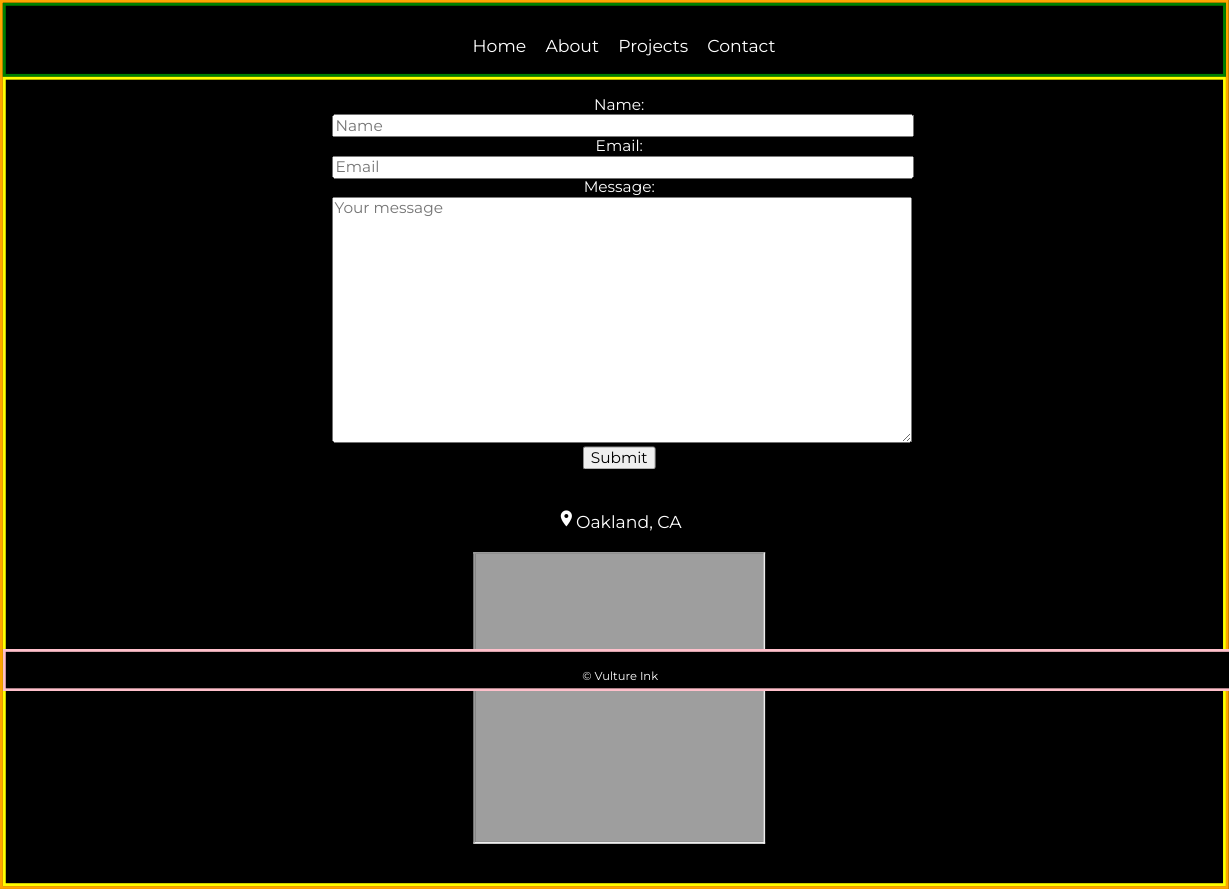
Repository: kaitlynMidori/anon_ink
Page: pages/Contact.html
An editor plug-in stored every save of this project. The page is shown before and after the next save, followed by the edit.
The browser window is 1280 px wide. The pictures show the whole page, at 96% of full size.
Pictures or frames that could not be fetched are drawn as grey boxes. Some web libraries are served in a nearby version.

Above is the page before, as saved 2021-09-07 17:43:48.

### pages/Contact.html
<!DOCTYPE html>
<html lang= "en">
    <head>
        <meta charset="utf-8">
        <meta name="viewport" content="width=device-width, initial-scale=1.0">
        <title>Contact</title>
        <link href="https://cdnjs.cloudflare.com/ajax/libs/normalize/8.0.1/normalize.min.css" rel="stylesheet" type="text/css" />
        <link href="https://fonts.googleapis.com/css2?family=Montserrat&display=swap" rel="stylesheet">
        <link href="../style.css" rel="stylesheet" type="text/css" />
      </head>

<body>

    <header>
        <!-- <div class="logo">ANONYMOUS INK</div> -->
        <nav>
          <ul id="menu">
            <li><a href="/index.html">Home</a></li>
            <li><a href="/Pages/About.html">About</a></li>
            <li><a href="/Pages/Projects.html">Projects</a></li>
            <!-- <li><a href="/Pages/Resume.html">Resume</a></li> -->
            <li><a href="/Pages/Contact.html">Contact</a></li>
          </ul>
        </nav>
      </header>
<main>

<!-- Contact -->

    <section>

      <!-- <h2>Get in Touch</h2> -->
      <div class="contact-container">

        <div class="contact-form">
            <form action="https://formspree.io/f/xrgoqyge" method="post">
              <label class="user-name" data-shrink="false">Name:</label>
              <input id="user-name" type="text" name="name" placeholder="Name">

              <label for="user-email">Email:</label>
              <input id="user-email" type="text" name="email" placeholder="Email">

              <label for="user-message">Message:</label> <textarea id="user-message" name="message" placeholder="Your message"></textarea>
              <button type="submit">Submit</button>
            </form>
          </div>
          <div class="location">
            <p><i class="material-icons" style="font-size:20px">location_on</i>Oakland, CA</p>
            <p><iframe src="https://www.google.com/maps/embed?pb=!1m18!1m12!1m3!1d201877.73430325926!2d-122.37538914908166!3d37.758634650214724!2m3!1f0!2f0!3f0!3m2!1i1024!2i768!4f13.1!3m3!1m2!1s0x80857d8b28aaed03%3A0x71b415d535759367!2sOakland%2C%20CA!5e0!3m2!1sen!2sus!4v1602104516145!5m2!1sen!2sus" width="300" height="300" allowfullscreen="" ></iframe></p>
          </div>
      </div>

    </section>
  </main>

  <footer>
    <p>© Vulture Ink</p>
  </footer>
  <script
      src="https://code.jquery.com/jquery-3.2.1.min.js"
      integrity="sha256-hwg4gsxgFZhOsEEamdOYGBf13FyQuiTwlAQgxVSNgt4="
      crossorigin="anonymous"></script>
<link rel="stylesheet" href="https://cdnjs.cloudflare.com/ajax/libs/font-awesome/4.7.0/css/font-awesome.min.css">
<link href="https://fonts.googleapis.com/icon?family=Material+Icons" rel="stylesheet">

  </body>
</html>

### style.css

/***************** General ******************/
body {
    border: solid orange;
    height: 100%;
    background-color: black;
    color: white;
    margin: none;
    font-family: 'Montserrat', sans-serif;
    padding-top: 0;
  }

  /************** navigation ***************/
  header nav {
    display: flex;
    flex-direction: row;
    justify-content: center;
    margin-top: 14px;
  }

  header nav ul {
    display: flex;
    flex-direction: row;
    padding-bottom: 0;
  }

  header nav ul li {
    list-style-type: none;
  }

  header ul li a {
    color: white;
    text-decoration: none;
    padding: 0 20px 0 0;
    font-family: 'Montserrat', sans-serif;
  }

  /************* Primary Groups ****************/
  header {
    font-size: 18px;
    background-color: black;
    margin: 0;
    border: solid green;
  }

  main {
    margin: auto;
    justify-content: center;
    justify-items: center;
    text-align: center;
    border: solid yellow;
    padding-top: 10px;
    padding-bottom: 10px;
  }

  footer {
    position: fixed;
    background-color: black;
    bottom: 0;
    width: 100%;
    border: solid pink;
  }

  /****************** Typography ******************/
  h1 {
    font-size: 28px;
    font-family: 'Montserrat', sans-serif;
    color: white;
    font-weight: 400;
  }

  h2 {
    font-size: 26px;
    color: rgb(17, 17, 17);
    font-family: 'Montserrat', sans-serif;
    text-align: center;
    font-weight: 400;
    margin: 0 10px;
  }

  h3 {
    font-size: 15px;
    font-family: 'Montserrat', sans-serif;
    font-weight: 430;
  }

  p {
    font-family: 'Montserrat', sans-serif;
    font-size: 18px;
    line-height: 1.3em;
    margin-bottom: 0;
  }

  main a {
    font-weight: 700;
    text-decoration: none;
  }

  main a:visited{
    color: blue;
  }
  /* main main a:hover{color: greenyellow;} */
  /* a:active{color:  rgb(143, 156, 33);} */

  footer p {
    font-size: 12px;
    color: white;
    text-align: center;
    padding: 5px;
  }

  footer h2 {
    color: black;
  }
/*
  img.image-enhanced {
    max-width: 350px;
    border-radius: 8px;
  }

  .item-double {
    color: rgb(17, 17, 17);
    flex: 2;
  }
   */
  /* Desktop groups/items */
  /* @media all and (min-width: 600px){
    section {
      padding: 0%;
    }
    .group {
      display: flex;
      flex-direction: row;
      flex-wrap: wrap;
    }
  } */

  /* ***********  home ************** */

  .home-video {
    position: fixed;
    right: 0px;
    bottom: 0px;
    min-width: 100%;
    min-height: 100%;
    width: auto;
    height: auto;
    z-index: -1;
  }

  /* ************ about *************** */

  .about-container {
    overflow: scroll;
    align-items: center;
    justify-content: center;
    flex-direction: column-reverse;
    margin: auto;
    padding: 15px;
    display: flex;
    text-align: center;
    flex-wrap: wrap;
  }

  .about-item {
    text-align: left;
    display: flex;
    flex-wrap: wrap;
    margin: auto;
  }

  /**************** projects ****************/
  .card-container {
    max-width: 900px;
    min-width: 370px;
    margin: auto;
    display: flex;
    flex-direction: row;
    flex-wrap: wrap;
    justify-content: space-evenly;
    text-align: center;
    padding-top: 10px;
  }

  .row-one {
    justify-content: space-evenly;
    display: flex;
    flex-wrap: wrap;
  }

  .card p {
    font-size: 14px;
    padding-left: 4px;
    padding-right: 4px;
  }

  .card #card1 {
    padding-top: 5px;
    background-repeat: no-repeat;
    background-size:cover;
    background-position: top;
    display: block;
    margin: 0 auto;
    text-indent: -9999px;
    width: 15rem;
    height: 20rem;
    border: transparent;
  }

  .card #card1:hover {
    font-size: 30px;
    color: black;
    display: block;
    margin: 0 auto;
    text-indent: 0;
    justify-content: center;
    background-color: rgb(238, 228, 211, .8);
    background-blend-mode: hue;
  }

  .card #card2 {
    padding-top: 5px;
    background-repeat: no-repeat;
    background-size:cover;
    background-position: top;
    display: block;
    margin: 0 auto;
    text-indent: -9999px;
    width: 15rem;
    height: 20rem;
    border: transparent;
  }

  .card #card2:hover {
    font-size: 30px;
    color: black;
    display: block;
    margin: 0 auto;
    text-indent: 0;
    justify-content: center;
    background-color: rgb(238, 228, 211, .8);
    background-blend-mode: hue;
  }

  .card #card3 {
    padding-top: 5px;
    background-repeat: no-repeat;
    background-size:cover;
    background-position: top;
    display: block;
    margin: 0 auto;
    text-indent: -9999px;
    width: 15rem;
    height: 20rem;
    border: transparent;
  }

  .card #card3:hover {
    font-size: 30px;
    color: black;
    display: block;
    margin: 0 auto;
    text-indent: 0;
    justify-content: center;
    background-color: rgb(238, 228, 211, .8);
    background-blend-mode: hue;
  }

  .card #card4 {
    padding-top: 5px;
    background-repeat: no-repeat;
    background-size:cover;
    background-position: top;
    display: block;
    margin: 0 auto;
    text-indent: -9999px;
    width: 15rem;
    height: 20rem;
    border: transparent;
  }

  .card #card4:hover {
    font-size: 30px;
    color: black;
    display: block;
    margin: 0 auto;
    text-indent: 0;
    justify-content: center;
    background-color: rgb(238, 228, 211, .8);
    background-blend-mode: hue;
  }

  .card #card5 {
    padding-top: 5px;
    background-repeat: no-repeat;
    background-size:cover;
    background-position: top;
    display: block;
    margin: 0 auto;
    text-indent: -9999px;
    width: 15rem;
    height: 20rem;
    border: transparent;
  }

  .card #card5:hover {
    font-size: 30px;
    color: black;
    display: block;
    margin: 0 auto;
    text-indent: 0;
    justify-content: center;
    background-color: rgb(238, 228, 211, .8);
    background-blend-mode: hue;
  }

  .card #card6 {
    padding-top: 5px;
    background-repeat: no-repeat;
    background-size:cover;
    background-position: top;
    display: block;
    margin: 0 auto;
    text-indent: -9999px;
    width: 15rem;
    height: 20rem;
    border: transparent;
  }

  .card #card6:hover {
    font-size: 30px;
    color: black;
    display: block;
    margin: 0 auto;
    text-indent: 0;
    justify-content: center;
    background-color: rgb(238, 228, 211, .8);
    background-blend-mode: hue;
  }

  /* The flip card container - set the width and height to whatever you want. We have added the border property to demonstrate that the flip itself goes out of the box on hover (remove perspective if you don't want the 3D effect */
  .card {
    backface-visibility: hidden;
    -webkit-backface-visibility: hidden;
    border: solid;
    border-color: transparent;
    background-color: transparent;
    width: 15rem;
    height: 20rem;
    margin-bottom: 20px;
    -webkit-perspective: 1000px;
    perspective: 1000px; /* Remove this if you don't want the 3D effect */
  }

  /* This container is needed to position the front and back side */
  .card-inner {
    position: relative;
    width: 100%;
    height: 100%;
    text-align: center;
    transition: transform 0.8s;
    -webkit-transition: -webkit-transform 0.8s;
    transform-style: preserve-3d;
    -webkit-transform-style: preserve-3d;
   transition-property: -webkit-transform;
   -webkit-transition-property: -webkit-transform;
   transition-duration: 1.5s;
   -webkit-transition-duration: 1.5s;
    backface-visibility: hidden;
    -webkit-backface-visibility: hidden;
  }

  /* Position the front and back side */
  .card-one-front {
    position: absolute;
    border-radius: 10px;
    margin-bottom: 20px;
    background-color: #ddd;
    background-image: url(./images/WalnutVaneerChair.png);
    opacity: .8;
    background-repeat: no-repeat;
    background-size:cover;
    background-position: top;
  }

  .card-two-front {
    position: absolute;
    -webkit-backface-visibility: hidden;
    backface-visibility: hidden;
    border-radius: 10px;
    margin-bottom: 20px;
    background-image: url(./images/MarilynFramed.png);
    opacity: .8;
    background-repeat: no-repeat;
    background-color: #ddd;
    background-size:cover;
    background-position: top;
    }

  .card-three-front {
    position: absolute;
    -webkit-backface-visibility: hidden;
    backface-visibility: hidden;
    border-radius: 10px;
    margin-bottom: 20px;
    background-image: url(./images/FvfXn.png);
    opacity: .8;
    background-repeat: no-repeat;
    background-color: #ddd;
    background-size:cover;
    background-position: top;
  }

  .card-four-front {
    position: absolute;
    -webkit-backface-visibility: hidden;
    backface-visibility: hidden;
    border-radius: 10px;
    margin-bottom: 20px;
    background-image: url(./images/Oakchair_angle.png);
    opacity: .8;
    background-repeat: no-repeat;
    background-color: #ddd;
    background-size:cover;
    background-position: left;
  }

  .card-five-front {
    position: absolute;
    -webkit-backface-visibility: hidden;
    backface-visibility: hidden;
    border-radius: 10px;
    margin-bottom: 20px;
    background-image: url(./images/SurfboardCoffetable.png);
    opacity: .8;
    background-repeat: no-repeat;
    background-color: #ddd;
    background-size:cover;
    background-position: top;
  }

  .card-six-front {
    position: absolute;
    -webkit-backface-visibility: hidden;
    backface-visibility: hidden;
    border-radius: 10px;
    margin-bottom: 20px;
    background-image: url(./images/CELLO_BELYTRIAL_PUZZLEJOINTS.png);
    opacity: .8;
    background-repeat: no-repeat;
    background-color: #ddd;
    background-size:cover;
    background-position: top;
  }

  /* ***************** Contact ****************** */
  .contact-container {
    display: inline-flex;
    flex-direction: row;
    flex-wrap: wrap;
    height: 100%;
    width: 100%;
    padding: 5px;
    margin: auto;
    align-items: center;
    align-content: center;
  }

  .contact-form {
    display: flex;
    max-width: 50%;
    height: 80%;
    margin: auto;
    border: solid;
    border-color: transparent;
  }

  .location {
    width: 100%;
    margin-top: 20px;
    margin-bottom: 20px;
  }
  /****** Contact Form Design ******/
  form input, form textarea {
    width: 100%;
    margin-bottom: 20px;
    margin: auto;
  }

  form textarea {
    height: 250px;
  }

After the next save:
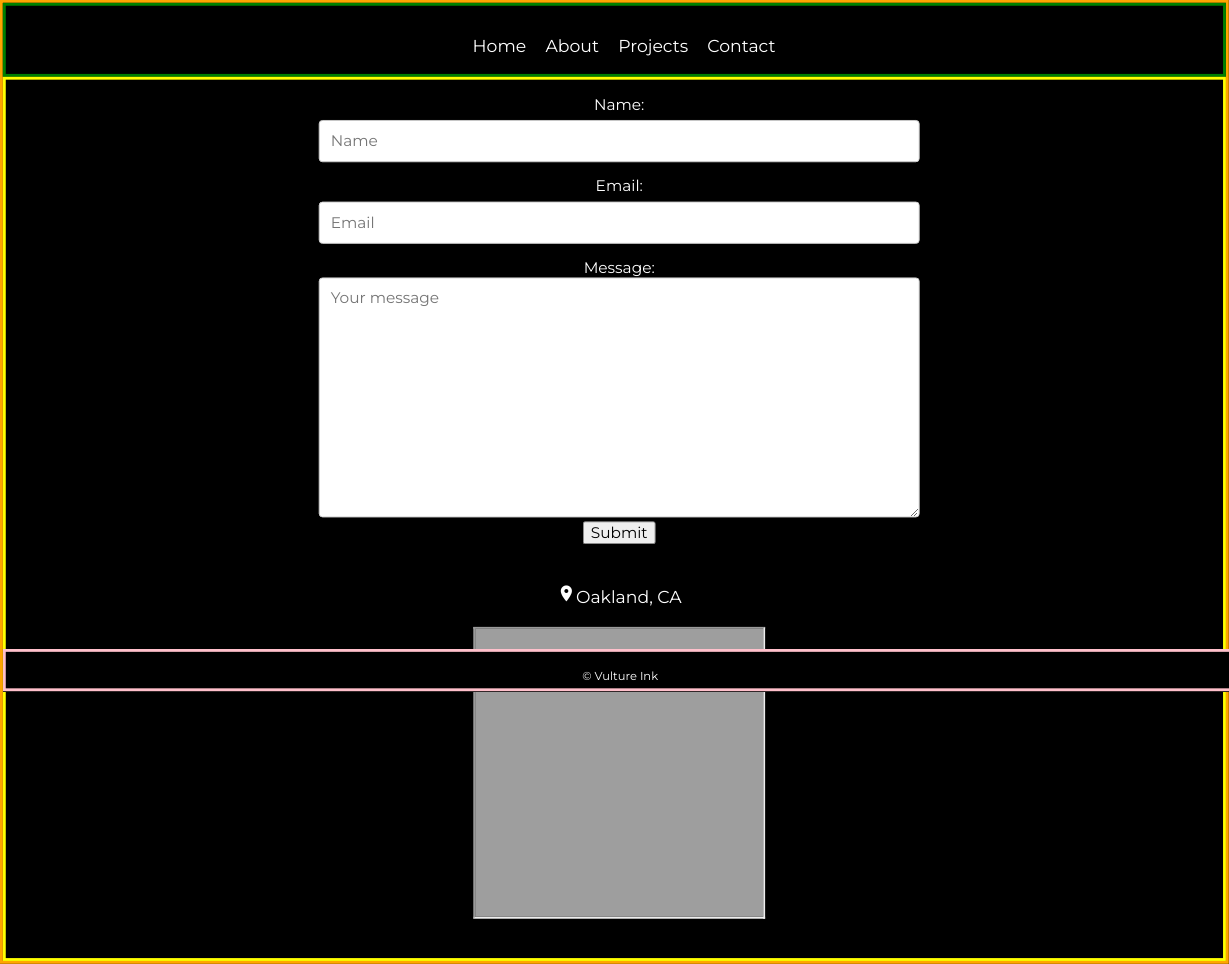
Saved 6 min 49 s later.
--- a/style.css
+++ b/style.css
@@ -490,3 +490,23 @@ body {
   form textarea {
     height: 250px;
   }
+
+  input[type=text], select, textarea {
+    width: 100%;
+    padding: 12px;
+    border: 1px solid #ccc;
+    border-radius: 4px;
+    box-sizing: border-box;
+    margin-top: 6px;
+    margin-bottom: 16px;
+    resize: vertical;
+  }
+
+  input[type=submit] {
+    background-color: #04AA6D;
+    color: white;
+    padding: 12px 20px;
+    border: none;
+    border-radius: 4px;
+    cursor: pointer;
+  }
